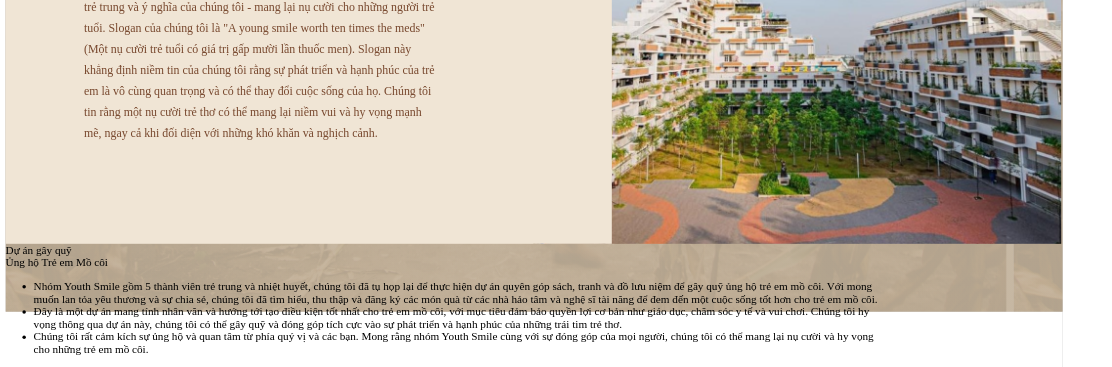
Repository: anatole24/Youth-Smile
Page: about.html
The author's editor kept a copy of each file at every save. The page is drawn from the files as they stood at one save, then again after the next save.
The browser window is 1280 px wide. The page is 1518 px wide, then 1589 px, so the pictures cover 1589 px, including what lies to the right of the window. The pictures show the part of the page from y = 556 to 2116 px (the page is 1080 px tall before and 2116 px after), at 70% of full size.
Some web fonts or font styles are not loaded; a fallback is used.

Above is the page before, as saved 2023-06-30 15:07:25.

After the next save:
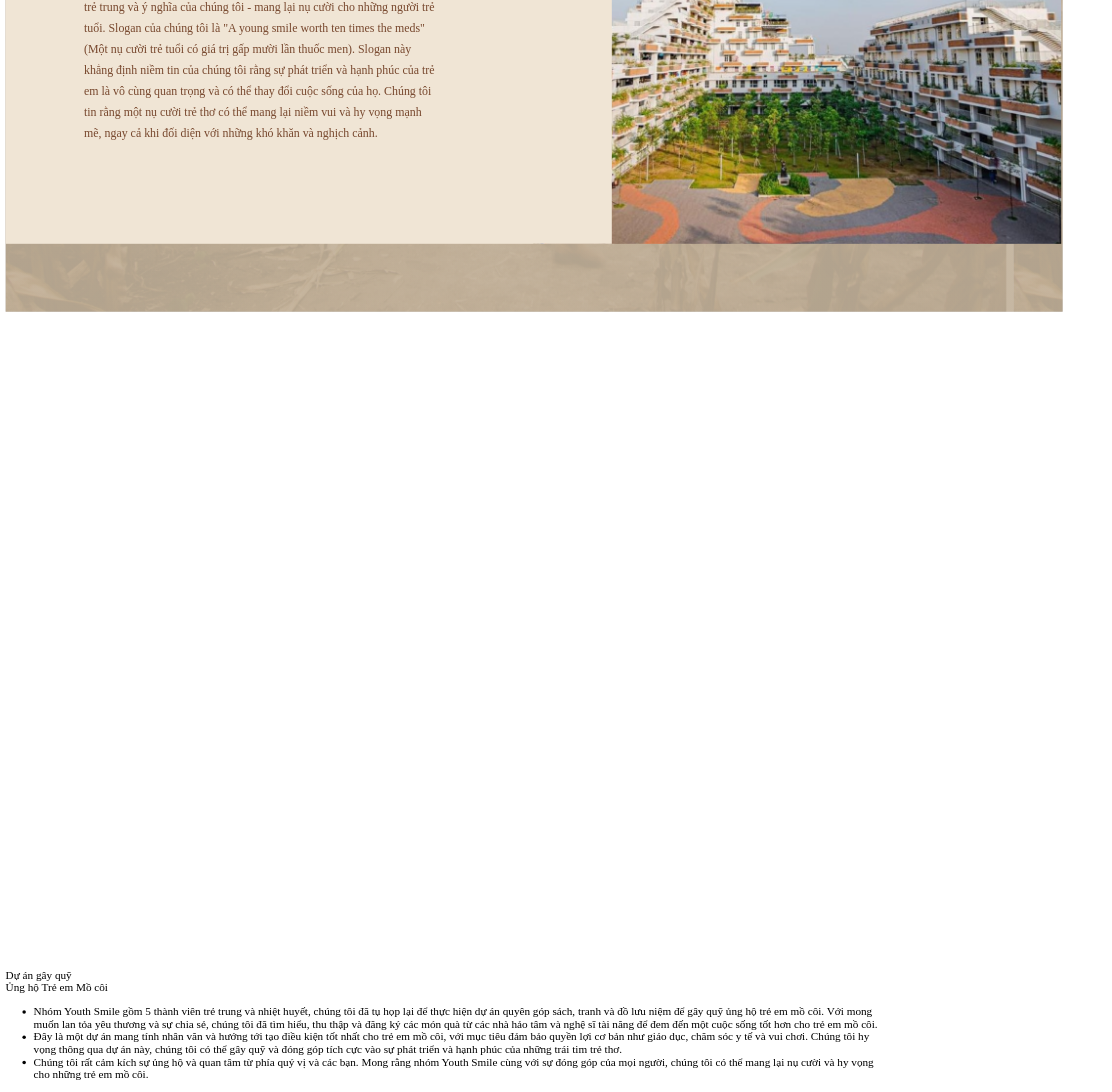
Saved 14 s later.
--- a/about.css
+++ b/about.css
@@ -58,4 +58,7 @@
   object-position: bottom;
 }
 .top-image {
+  width: 1581px;
+  height: 1036px;
+  flex-shrink: 0;
 }
